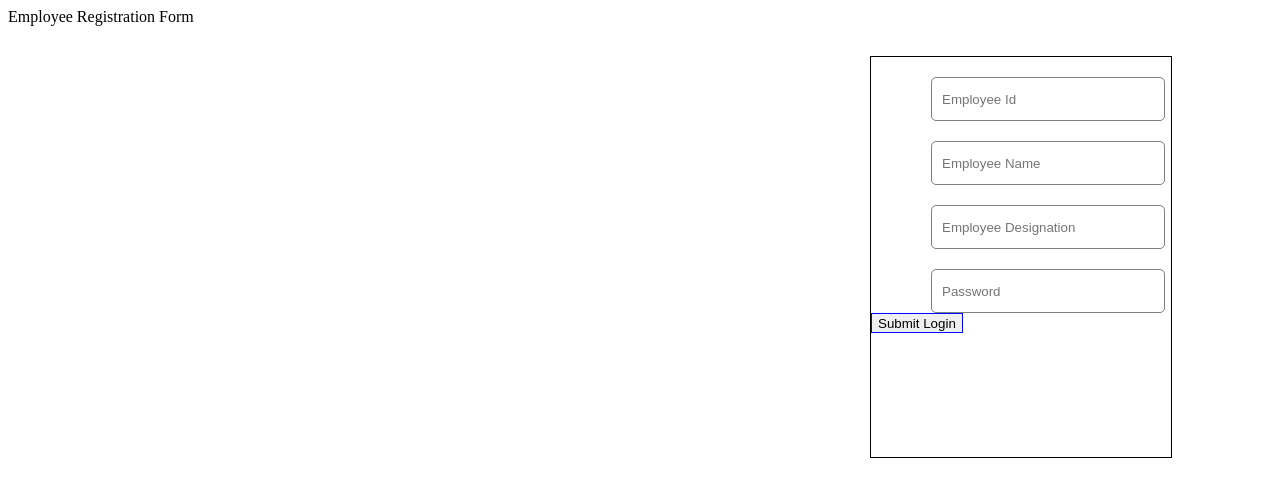
Repository: robin9533/Basic-Programs-App.
Page: GW-Genial Work Proj/GT_GenialToil/WebContent/EmployeeSignup.html
These files come from the project's save history. The page is drawn as it stood at one moment and after the next save; the edit follows.
The browser window is 1280 px wide. The pictures show the whole page.

Above is the page before, as saved 2019-05-10 07:04:13.

### GW-Genial Work Proj/GT_GenialToil/WebContent/EmployeeSignup.html
<!DOCTYPE html>
<html>
<head>Employee Registration Form
<meta charset="ISO-8859-1">
<title>Employee Registration Form </title>
<link rel="Stylesheet" type="text/css" href="EmployeeSignup.css">
</head>
<body>
<br>

<div class ="registrationblock">

<Form>

<input type = "text" name="empId" placeholder="Employee Id">
<input type ="text" name="empName" placeholder="Employee Name">
<input type ="text" name = "empDes" placeholder="Employee Designation">
<input type = "password" name = "empPass" placeholder="Password">
<button type="button">Submit Login</button>

</Form>
</div>

</body>
</html>

### GW-Genial Work Proj/GT_GenialToil/WebContent/EmployeeSignup.css
@charset "ISO-8859-1";

.body{
	background-color: blue;
}
.registrationblock {
	height:400px;
	width: 300px;
	float:right;
	border:1px solid black;
	margin-top: 30px;
	margin-right: 100px
}
.registrationblock input{
	width: 220px;
	height:40px;
	margin-top: 20px;
	margin-left:60px;
	border: none;
	border:1px solid gray;
	border-radius: 5px;
	padding-left: 10px;
}
.registrationblock button{
	widht:100px;
	height: 20px;
	border: 1px solid blue;
	}
.h1{
	center
	}

After the next save:
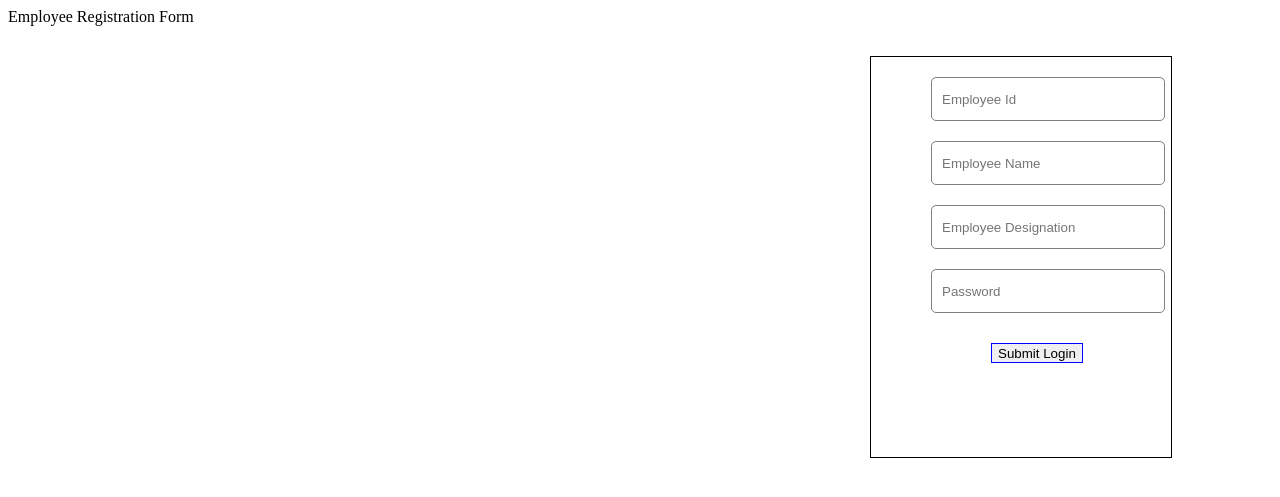
Saved 84 s later.
--- a/GW-Genial Work Proj/GT_GenialToil/WebContent/EmployeeSignup.css
+++ b/GW-Genial Work Proj/GT_GenialToil/WebContent/EmployeeSignup.css
@@ -24,6 +24,8 @@
 .registrationblock button{
 	widht:100px;
 	height: 20px;
+	margin-left:120px;
+	margin-top:30px;
 	border: 1px solid blue;
 	}
 .h1{
